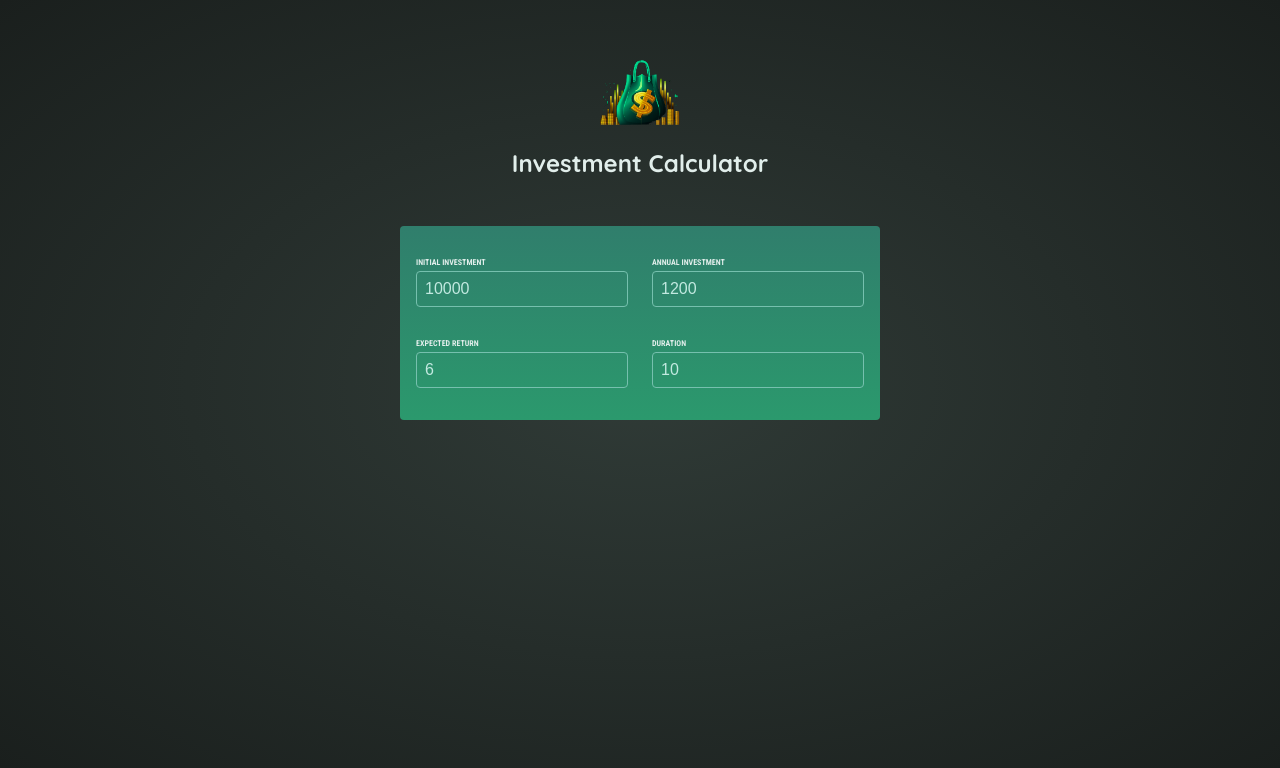
Repository: ooluchi/prac-investment-calculator
Page: /
The author's editor kept a copy of each file at every save. The page is drawn from the files as they stood at one save, then again after the next save.
The browser window is 1280 px wide. The pictures show the whole page.
The project was rebuilt for these pictures with package versions that can differ from the ones it lists, and the page was loaded fresh each time. Also part of the build but not shown: vite.config.js.

Above is the page before, as saved 2024-11-13 13:53:10.

After the next save:
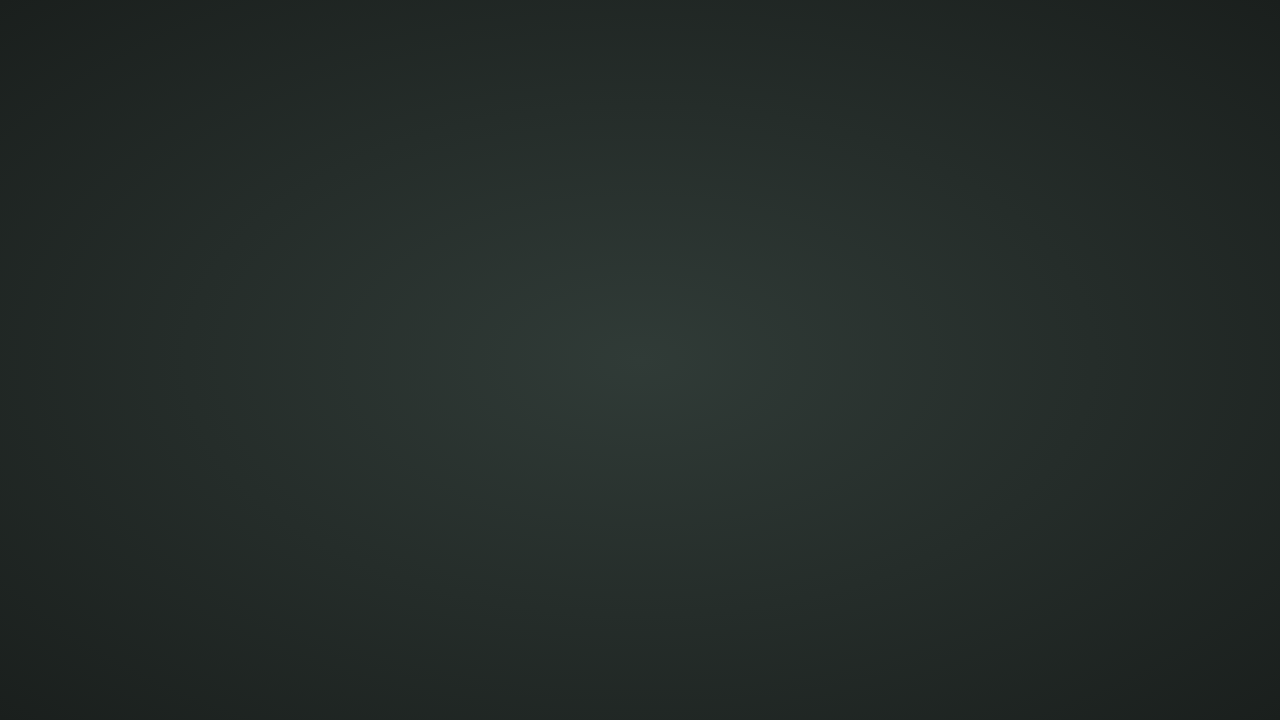
Console error: ReferenceError: userInput is not defined
Saved 6 min 51 s later.
--- a/src/components/UserInput.jsx
+++ b/src/components/UserInput.jsx
@@ -1,12 +1,7 @@
 import { useState } from "react";
 
 export default function UserInput () {
-    const [userInput, setUserInput] = useState({
-        initialInvestment: 10000,
-        annualInvestment: 1200,
-        expectedReturn: 6,
-        duration: 10,
-    });
+
 
     function handleChange(inputIdentifier, newValue) {
         setUserInput((previousInput) => ({
